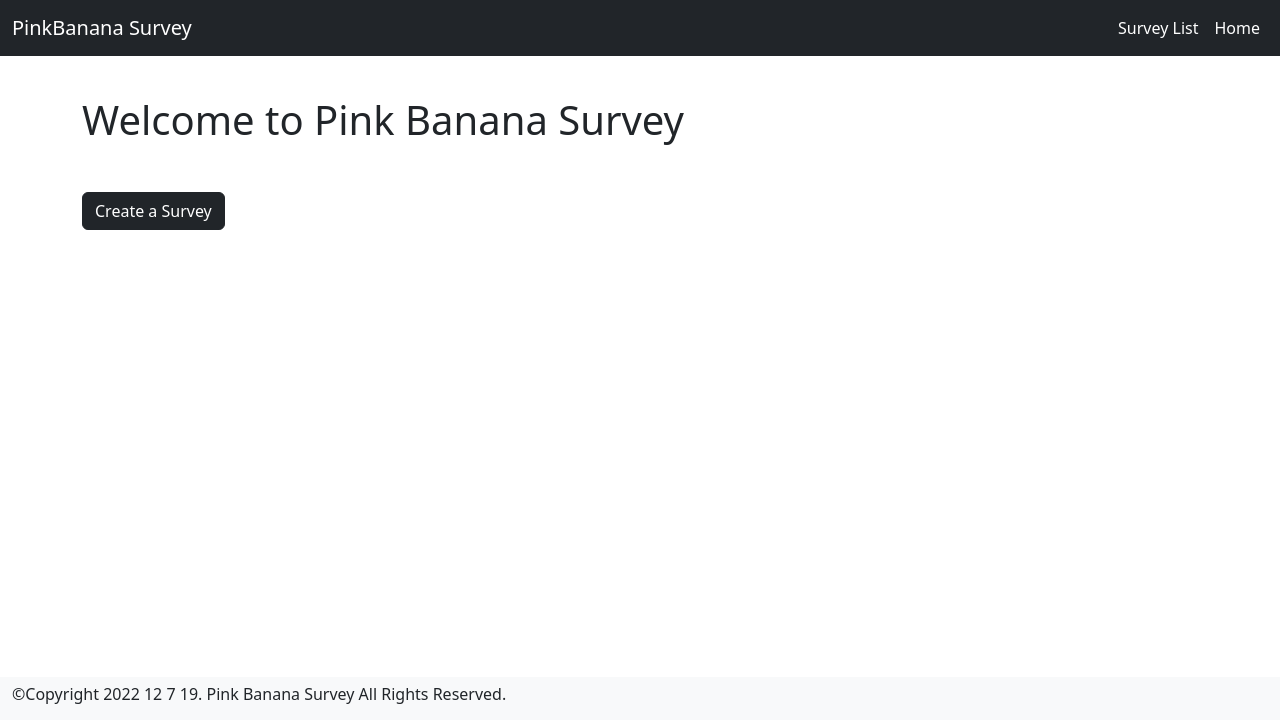
Repository: miaaow42/BananaProject
Page: / (app in front-end/)
An editor plug-in stored every save of this project. The page is shown before and after the next save, followed by the edit.
The browser window is 1280 px wide. The pictures show the whole page.
The project was rebuilt for these pictures with package versions that can differ from the ones it lists, and the page was loaded fresh each time. Also part of the build but not shown: front-end/src/App.css.

Above is the page before, as saved 2022-12-08 05:06:03.

After the next save:
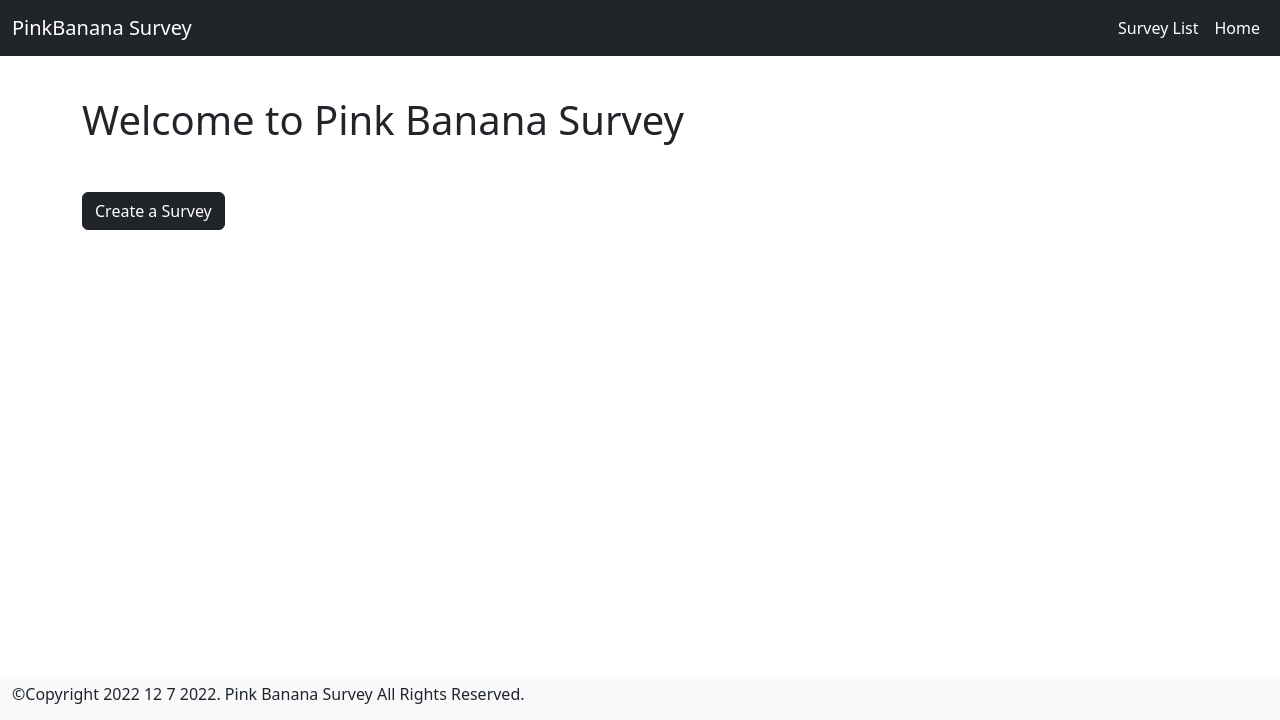
Saved 39 s later.
--- a/front-end/src/components/footer.tsx
+++ b/front-end/src/components/footer.tsx
@@ -17,7 +17,7 @@ function Footer()
     function getDate3(): number
     {
         let date = new Date();
-        return date.getHours();
+        return date.getFullYear();
     }
 
     return(
